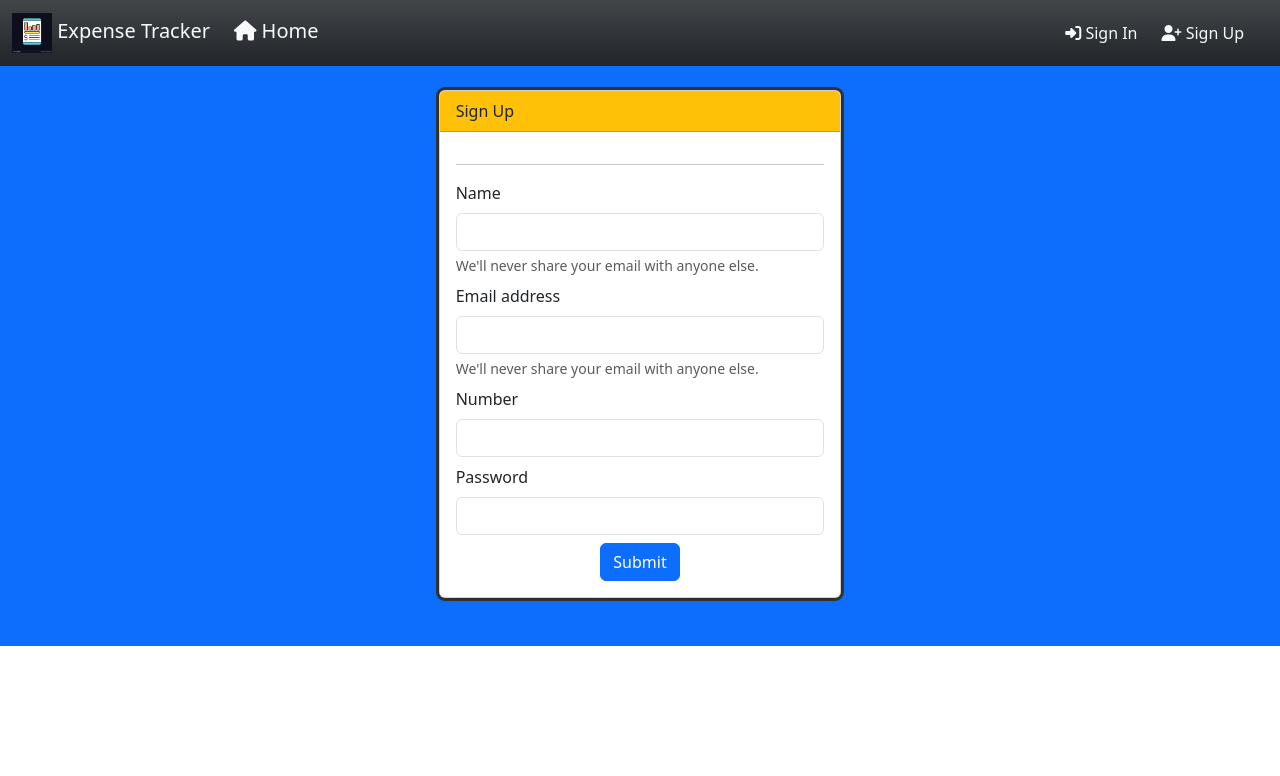
Repository: Gaurav560/OnlineExpenseTracker
Page: http://localhost/Online_Expense_Tracker/register.jsp
These files come from the project's save history. The page is drawn as it stood at one moment and after the next save; the edit follows.
The browser window is 1280 px wide. The pictures show the whole page.
The page is served by Tomcat 9. Other server files are loaded and not shown.

Above is the page before, as saved 2023-05-04 15:17:34.

### Online_Expense_Tracker/src/main/webapp/register.jsp
<%@ page language="java" contentType="text/html; charset=ISO-8859-1"
	pageEncoding="ISO-8859-1"%>
<!DOCTYPE html>
<html>
<head>
<meta charset="ISO-8859-1">
<title>Insert title here</title>
<%@include file="component/all_css.jsp"%>
</head>
<style>

</style>
<body>
	<!-- NAVBAR starts here -->
	<%@include file="component/navbar.jsp"%>
	<!-- NAVBAR ends here  -->

	<div class="container-fluid" style="margin-bottom:130px;"  >
		<div class="row bg-primary">
			<div class="col-md-4 offset-md-4 pb-5  ">
				<div class="card mt-4"
					style="box-shadow: rgba(0, 0, 0, 0.16) 0px 1px 4px, rgb(51, 51, 51) 0px 0px 0px 3px;">
					<div class="card-header bg-warning">Sign Up</div>

					<div class="card-body">

<hr>
						<form>


							<div class="mb-2">
								<label for="exampleInputName1" class="form-label">Name </label>
								<input type="text" class="form-control" id="exampleInputName1"
									aria-describedby="nameHelp">
								<div id="emailHelp" class="form-text">We'll never share
									your email with anyone else.</div>
							</div>
							<div class="mb-2">
								<label for="exampleInputEmail1" class="form-label">Email
									address</label> <input type="email" class="form-control"
									id="exampleInputEmail1" aria-describedby="emailHelp">
								<div id="emailHelp" class="form-text">We'll never share
									your email with anyone else.</div>
							</div>

							<div class="mb-2">
								<label for="exampleInputnumber1" class="form-label">Number
								</label> <input type="number" class="form-control"
									id="exampleInputNumber1" aria-describedby="numberHelp">
								<div id="numberHelp" class="form-text"></div>
							</div>
							<div class="mb-2">
								<label for="exampleInputPassword1" class="form-label">Password</label>
								<input type="password" class="form-control"
									id="exampleInputPassword1">
							</div>
							<div class="text-center">

								<button type="submit" class="btn btn-primary">Submit</button>
							</div>

						</form>


					</div>
				</div>






			</div>







		</div>

	</div>



</body>
</html>

### Online_Expense_Tracker/src/main/webapp/component/all_css.jsp
<!--css cdn   -->
<link
	href="https://cdn.jsdelivr.net/npm/bootstrap@5.3.0-alpha3/dist/css/bootstrap.min.css"
	rel="stylesheet"
	integrity="sha384-KK94CHFLLe+nY2dmCWGMq91rCGa5gtU4mk92HdvYe+M/SXH301p5ILy+dN9+nJOZ"
	crossorigin="anonymous">



<!-- font awesome cdn  -->

<link rel="stylesheet"
	href="https://cdnjs.cloudflare.com/ajax/libs/font-awesome/6.4.0/css/all.min.css"
	integrity="sha512-iecdLmaskl7CVkqkXNQ/ZH/XLlvWZOJyj7Yy7tcenmpD1ypASozpmT/E0iPtmFIB46ZmdtAc9eNBvH0H/ZpiBw=="
	crossorigin="anonymous" referrerpolicy="no-referrer" />



<!--  js cdn -->
	<script
		src="https://cdn.jsdelivr.net/npm/bootstrap@5.3.0-alpha3/dist/js/bootstrap.bundle.min.js"
		integrity="sha384-ENjdO4Dr2bkBIFxQpeoTz1HIcje39Wm4jDKdf19U8gI4ddQ3GYNS7NTKfAdVQSZe"
		crossorigin="anonymous"></script>

### Online_Expense_Tracker/src/main/webapp/component/navbar.jsp
<!--Navbar starts here  -->


	<nav class="navbar navbar-expand-lg bg-dark  bg-gradient">
		<div class="container-fluid">
			<a class="navbar-brand text-light" href="#"><img
				src="img/expenseTracker.jpg" style="height: 40px; width: 40px;">
				Expense Tracker</a>
			<button class="navbar-toggler" type="button"
				data-bs-toggle="collapse" data-bs-target="#navbarSupportedContent"
				aria-controls="navbarSupportedContent" aria-expanded="false"
				aria-label="Toggle navigation">
				<span class="navbar-toggler-icon"></span>
			</button>
			<div class="collapse navbar-collapse" id="navbarSupportedContent">

				<ul class="navbar-nav me-auto mb-2 mb-lg-0">
					<li class="nav-item"><a class="nav-link active text-light fs-5 mb-1"
						aria-current="page" href="index.jsp"><i class="fa-solid fa-house"></i>
							Home</a></li>

				</ul>


				<ul class="navbar-nav ms-auto mb-2 mb-lg-0 me-3">

					<li class="nav-item me-2"><a class="nav-link active text-light"
						href="login.jsp"><i class="fa-solid fa-right-to-bracket"></i> Sign In</a></li>


					<li class="nav-item "><a class="nav-link active text-light "
						href="register.jsp"><i class="fa-solid fa-user-plus"></i> Sign Up</a></li>

				</ul>


			</div>
		</div>
	</nav>
	<!-- Navbar ends here  -->

After the next save:
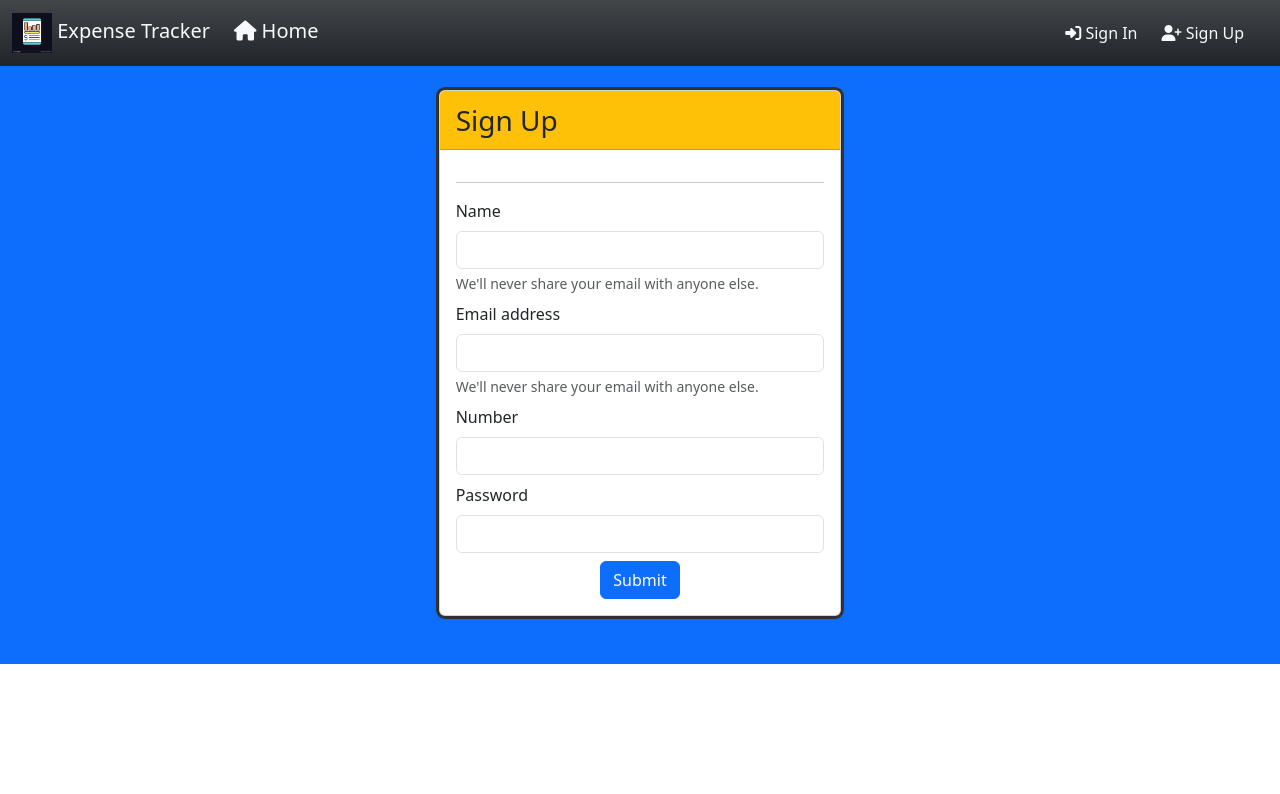
Saved 12 s later.
--- a/Online_Expense_Tracker/src/main/webapp/register.jsp
+++ b/Online_Expense_Tracker/src/main/webapp/register.jsp
@@ -20,7 +20,7 @@
 			<div class="col-md-4 offset-md-4 pb-5  ">
 				<div class="card mt-4"
 					style="box-shadow: rgba(0, 0, 0, 0.16) 0px 1px 4px, rgb(51, 51, 51) 0px 0px 0px 3px;">
-					<div class="card-header bg-warning">Sign Up</div>
+					<div class="card-header bg-warning fs-3">Sign Up</div>
 
 					<div class="card-body">
 
